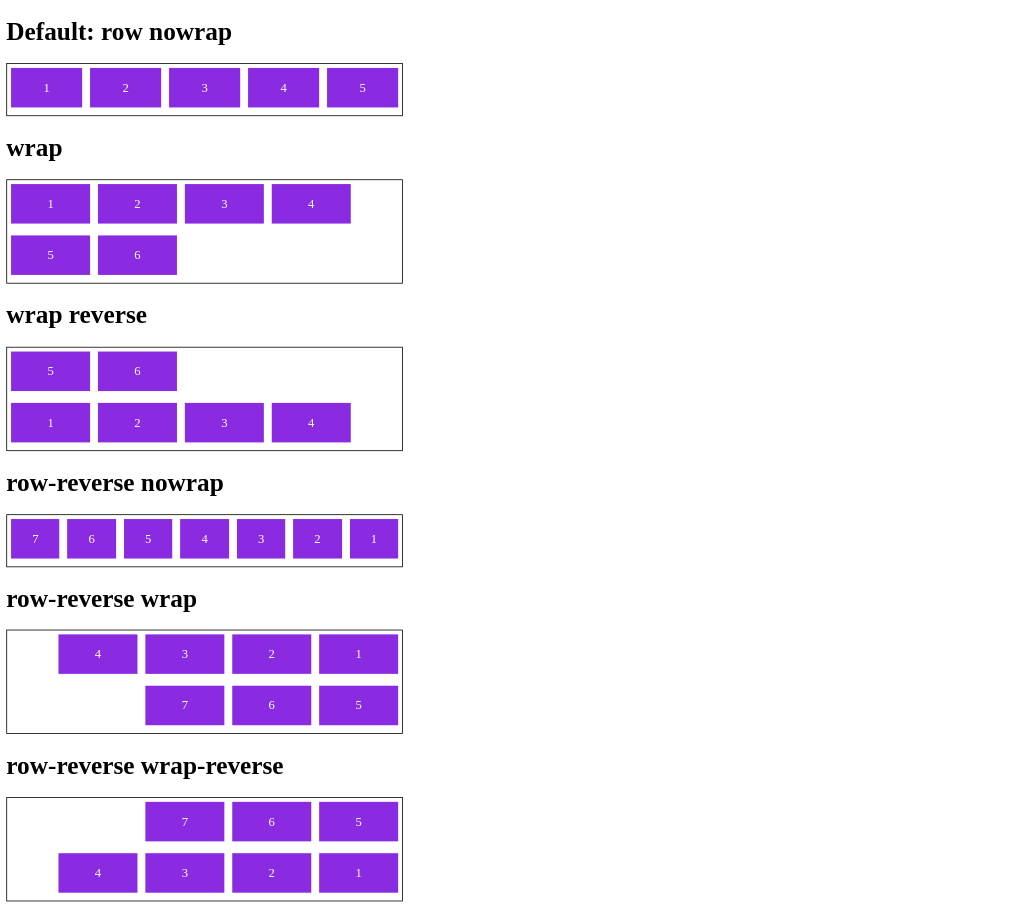
Repository: gabrielbino/projects-dio
Page: Flexbox/@flex-flow.html
These files come from the project's save history. The page is drawn as it stood at one moment and after the next save; the edit follows.
The browser window is 1280 px wide. The pictures show the whole page, at 79% of full size.

Above is the page before, as saved 2021-10-22 17:21:48.

### Flexbox/@flex-flow.html
<!DOCTYPE html>
<html lang="en">
  <head>
    <meta charset="UTF-8" />
    <meta name="viewport" content="width=device-width, initial-scale=1.0" />
    <title>Fundamentos - Flex flow</title>

    <style>
      .flexContainer {
        display: flex;
        border: 1px solid black;
        max-width: 500px;
      }

      .default {
        flex-flow: row nowrap;
      }

      .wrap {
        flex-flow: row wrap;
      }

      .wrapReverse {
        flex-flow: row wrap-reverse;
      }

      .rNowWrap {
        flex-flow: row-reverse nowrap;
      }

      .rWrap {
        flex-flow: row-reverse wrap;
      }

      .RRWR {
        flex-flow: row-reverse wrap-reverse;
      }

      .flexItem {
        width: 100px;
        height: 50px;
        margin: 5px;
        margin-bottom: 10px;
        text-align: center;
        line-height: 50px;
        background-color: blueviolet;
        color: white;
      }
    </style>
  </head>
  <body>
    <h1>Default: row nowrap</h1>
    <div class="flexContainer default">
      <div class="flexItem">1</div>
      <div class="flexItem">2</div>
      <div class="flexItem">3</div>
      <div class="flexItem">4</div>
      <div class="flexItem">5</div>
    </div>

    <h1>wrap</h1>
    <div class="flexContainer wrap">
      <div class="flexItem">1</div>
      <div class="flexItem">2</div>
      <div class="flexItem">3</div>
      <div class="flexItem">4</div>
      <div class="flexItem">5</div>
      <div class="flexItem">6</div>
    </div>

    <h1>wrap reverse</h1>
    <div class="flexContainer wrapReverse">
      <div class="flexItem">1</div>
      <div class="flexItem">2</div>
      <div class="flexItem">3</div>
      <div class="flexItem">4</div>
      <div class="flexItem">5</div>
      <div class="flexItem">6</div>
    </div>

    <h1>row-reverse nowrap</h1>
    <div class="flexContainer rNowWrap">
      <div class="flexItem">1</div>
      <div class="flexItem">2</div>
      <div class="flexItem">3</div>
      <div class="flexItem">4</div>
      <div class="flexItem">5</div>
      <div class="flexItem">6</div>
      <div class="flexItem">7</div>
    </div>

    <h1>row-reverse wrap</h1>
    <div class="flexContainer rWrap">
      <div class="flexItem">1</div>
      <div class="flexItem">2</div>
      <div class="flexItem">3</div>
      <div class="flexItem">4</div>
      <div class="flexItem">5</div>
      <div class="flexItem">6</div>
      <div class="flexItem">7</div>
    </div>

    <h1>row-reverse wrap-reverse</h1>
    <div class="flexContainer RRWR">
      <div class="flexItem">1</div>
      <div class="flexItem">2</div>
      <div class="flexItem">3</div>
      <div class="flexItem">4</div>
      <div class="flexItem">5</div>
      <div class="flexItem">6</div>
      <div class="flexItem">7</div>
    </div>
  </body>
</html>

After the next save:
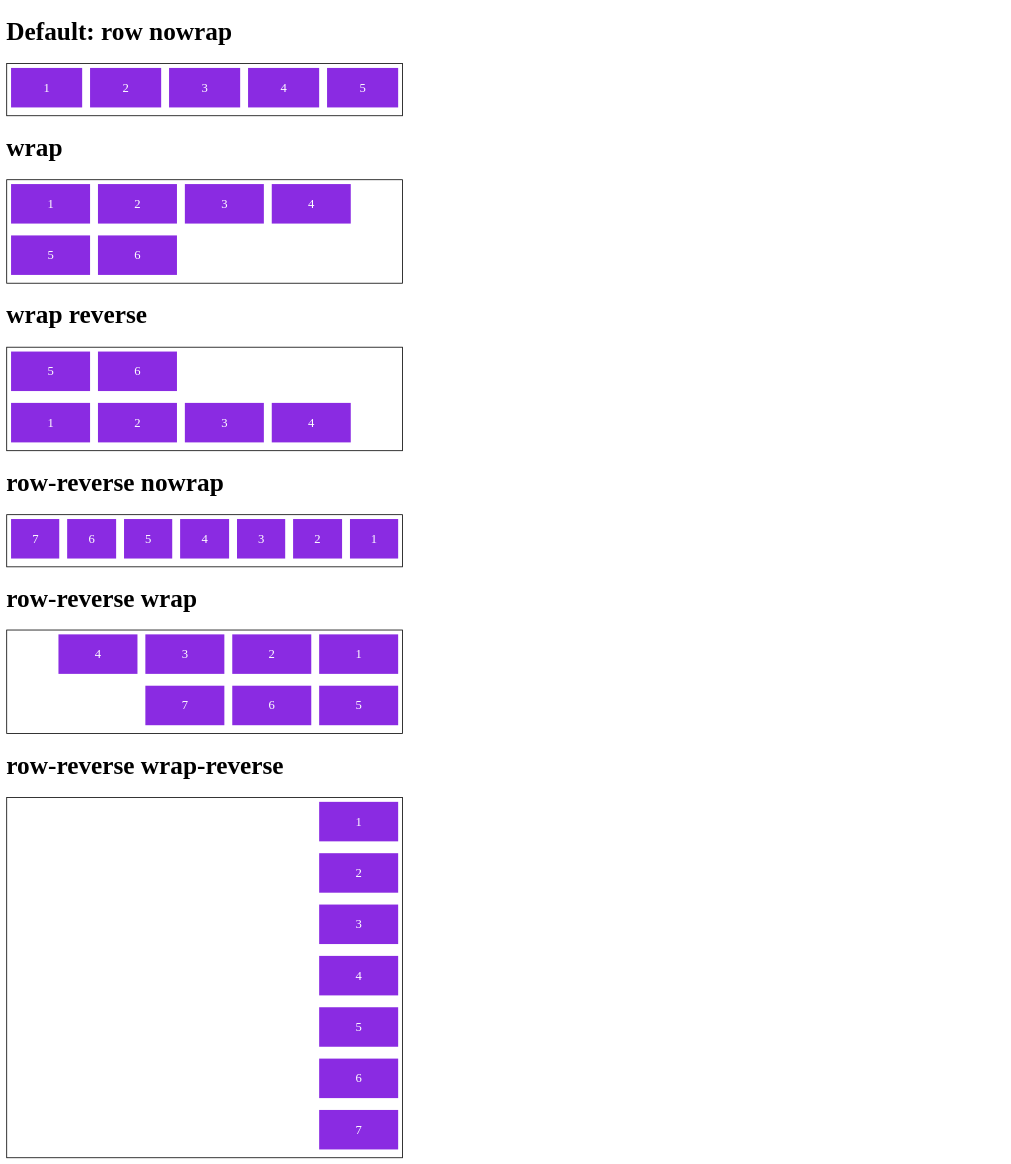
Saved 4 min 43 s later.
--- a/Flexbox/@flex-flow.html
+++ b/Flexbox/@flex-flow.html
@@ -33,7 +33,7 @@
       }
 
       .RRWR {
-        flex-flow: row-reverse wrap-reverse;
+        flex-flow: column wrap-reverse;
       }
 
       .flexItem {
